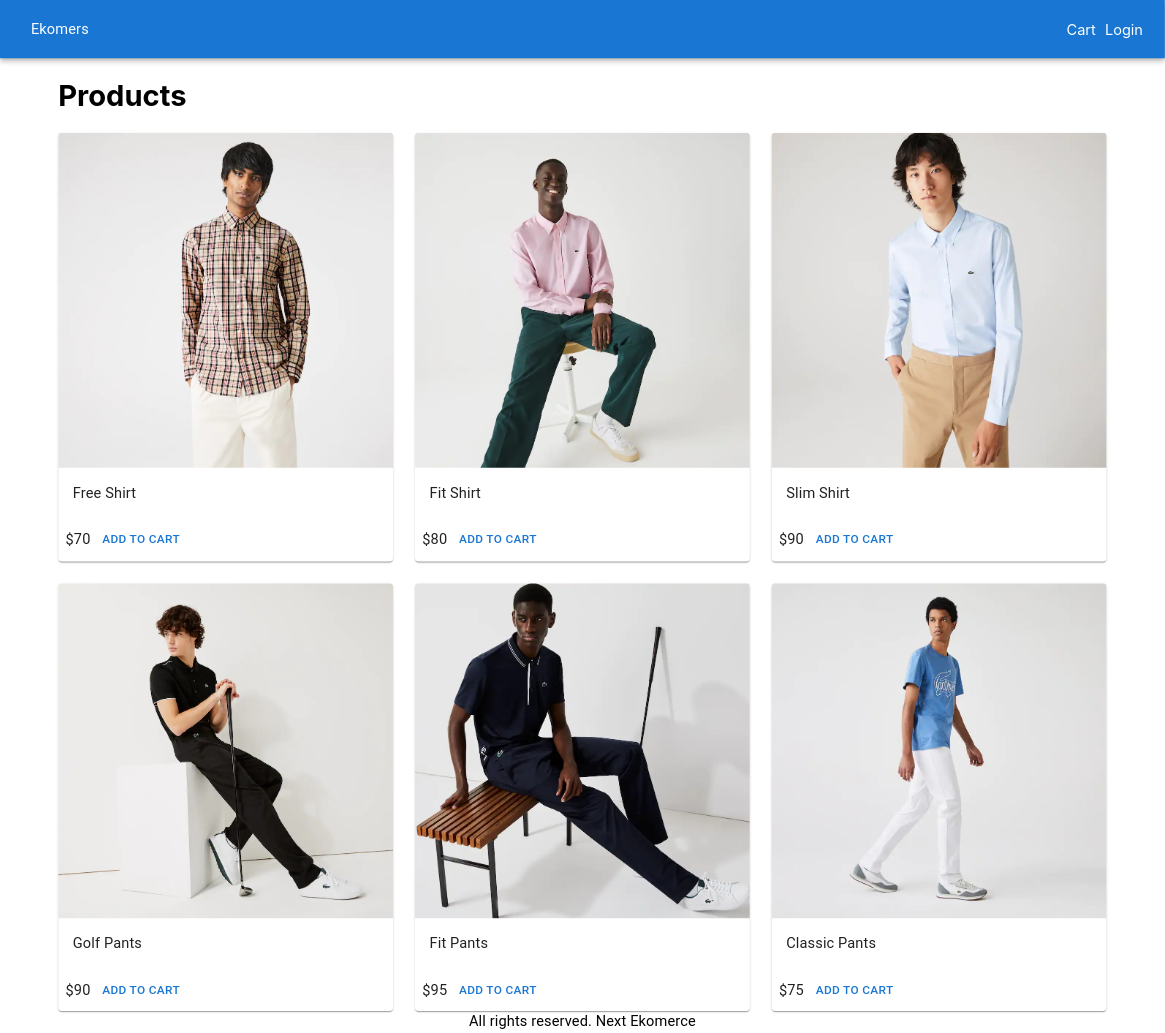
Repository: ChakmaSajib/ekomerce
Page: /
An editor plug-in stored every save of this project. The page is shown before and after the next save, followed by the edit.
The browser window is 1280 px wide. The pictures show the whole page, at 91% of full size.
The project was rebuilt for these pictures with package versions that can differ from the ones it lists, and the page was loaded fresh each time. The framework's server and built-in components were replaced by stand-ins that run in the browser. Also part of the build but not shown: next.config.js, styles/Home.module.css.

Above is the page before, as saved 2022-01-02 00:41:59.

After the next save:
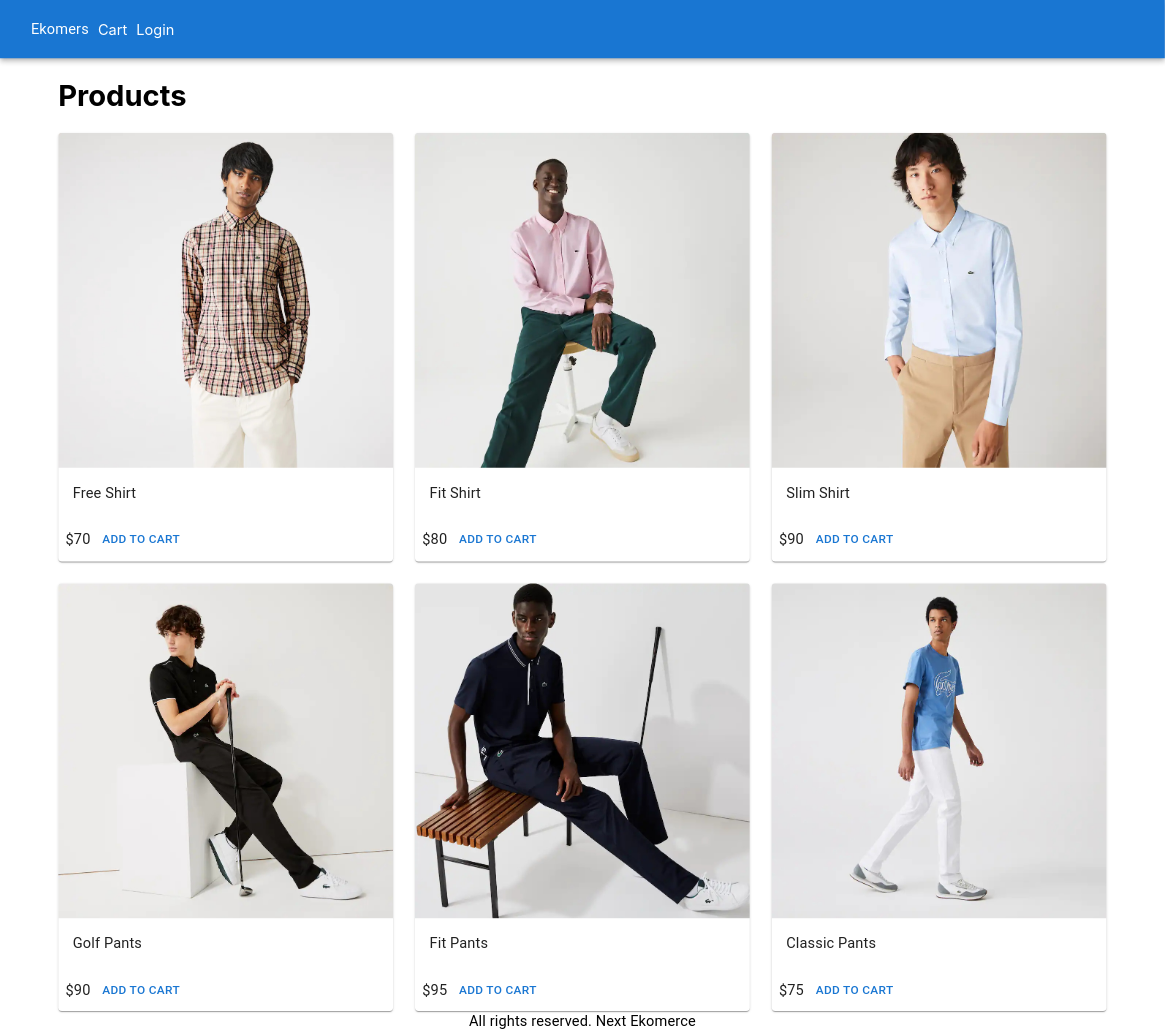
Saved 22 s later.
--- a/components/Layout.js
+++ b/components/Layout.js
@@ -24,9 +24,7 @@
                         </Link>
                     </NextLink>
 
-                    <div className={classes.grow}>
-
-                    </div>
+                    {/*  */}
                     <div>
                         <NextLink href="/cart" passHref>
                             <Link>Cart</Link>

After the save that followed:
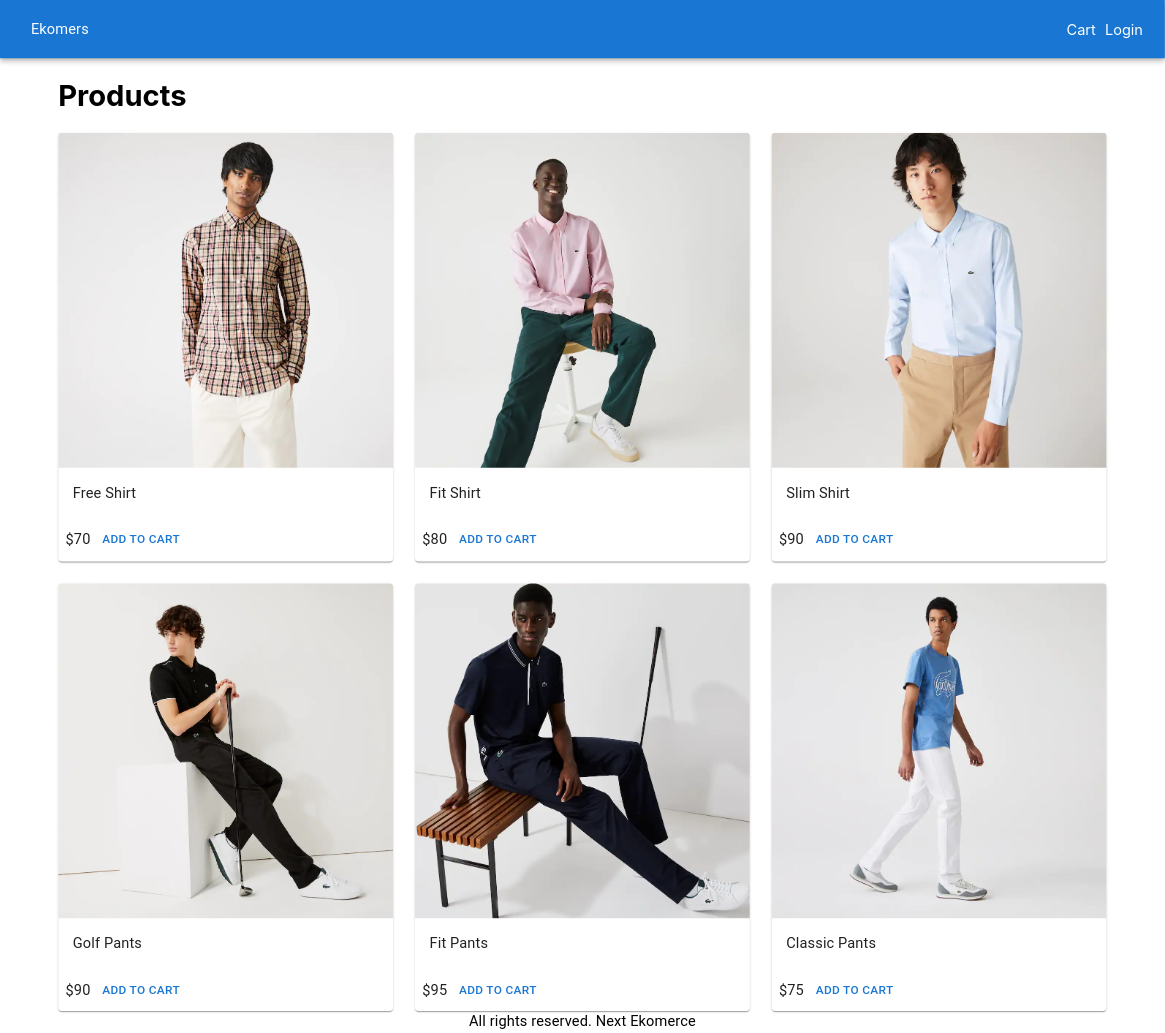
Saved 8 s later.
--- a/components/Layout.js
+++ b/components/Layout.js
@@ -24,7 +24,9 @@
                         </Link>
                     </NextLink>
 
-                    {/*  */}
+                    <div className={classes.grow}>
+
+                    </div>
                     <div>
                         <NextLink href="/cart" passHref>
                             <Link>Cart</Link>
